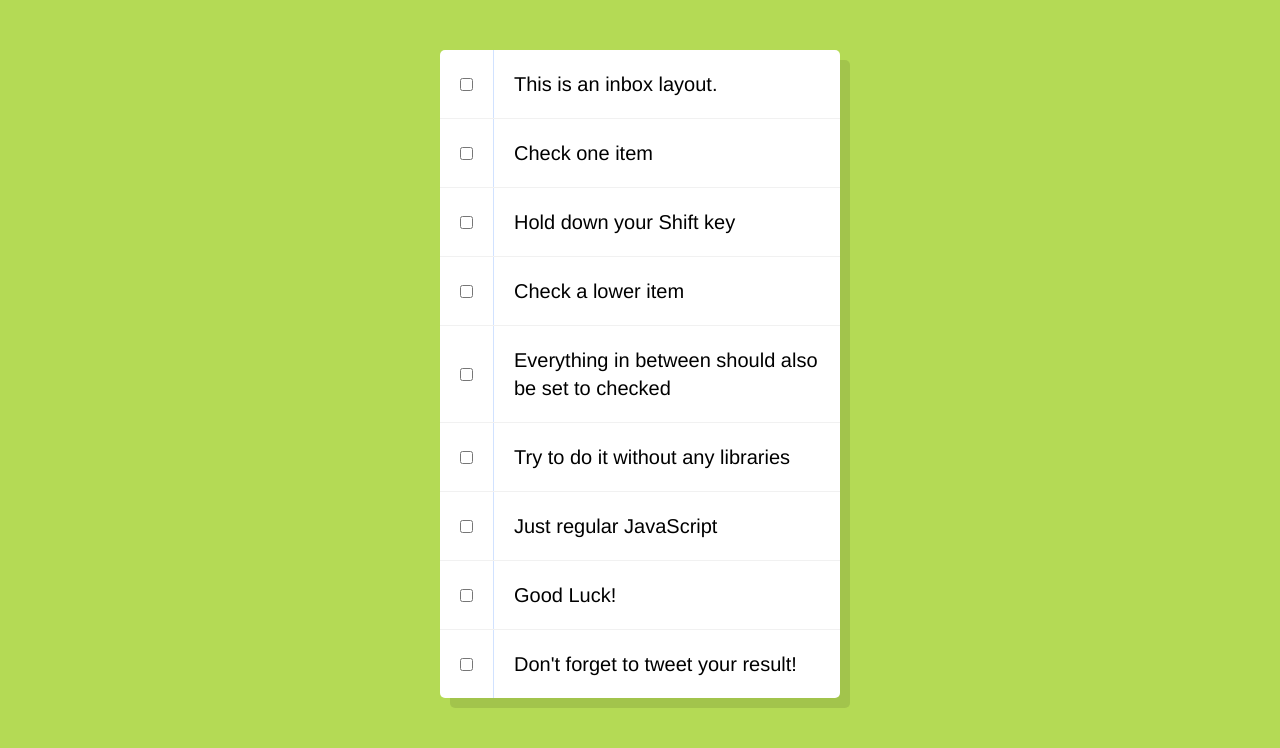
Repository: Freezler/Shift-Select-Checkboxes
Page: index.html
These files come from the project's save history. The page is drawn as it stood at one moment and after the next save; the edit follows.
The browser window is 1280 px wide. The pictures show the whole page.

Above is the page before, as saved 2024-09-07 21:12:36.

After the next save:
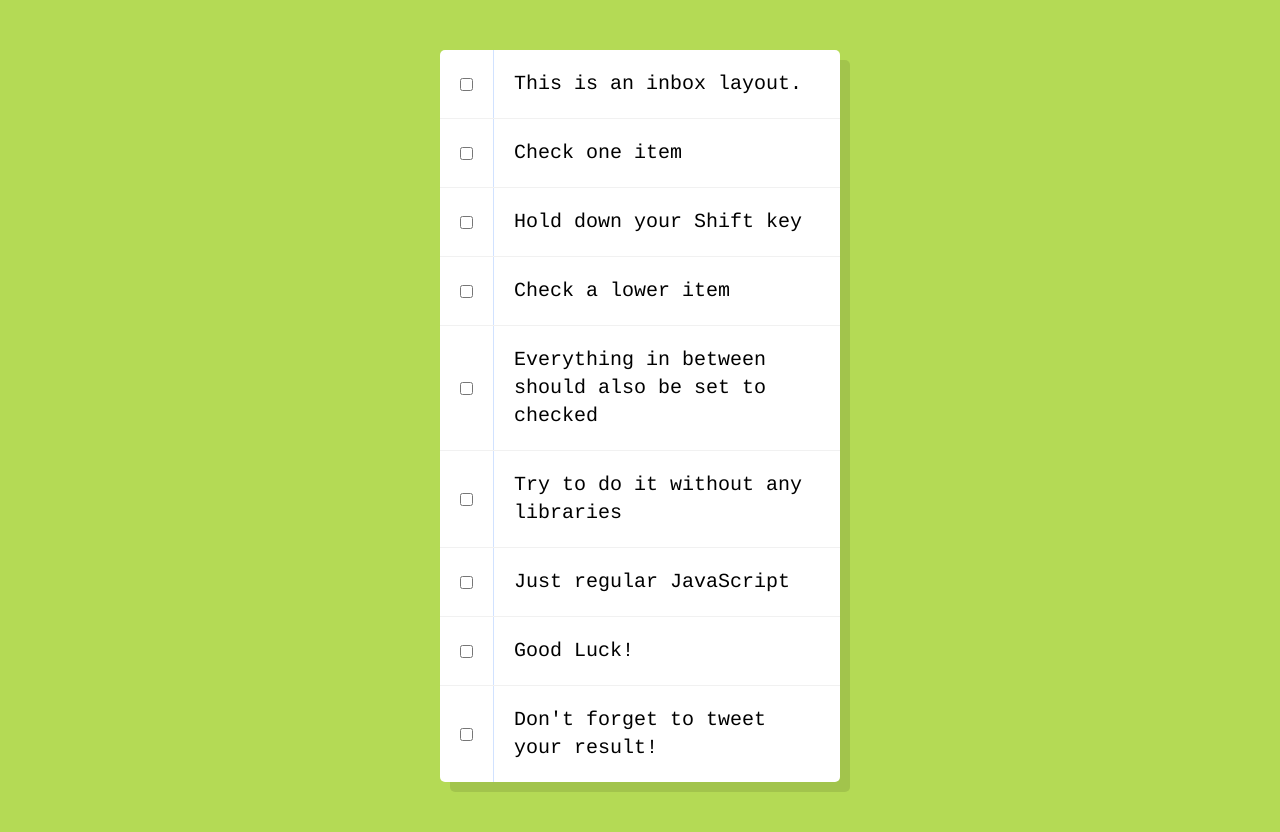
Saved 10 s later.
--- a/index.html
+++ b/index.html
@@ -48,7 +48,7 @@
       padding: 20px;
       transition: background 0.2s;
       flex: 1;
-      font-family: 'helvetica neue';
+
       font-size: 20px;
       font-weight: 200;
       border-left: 1px solid #D1E2FF;
